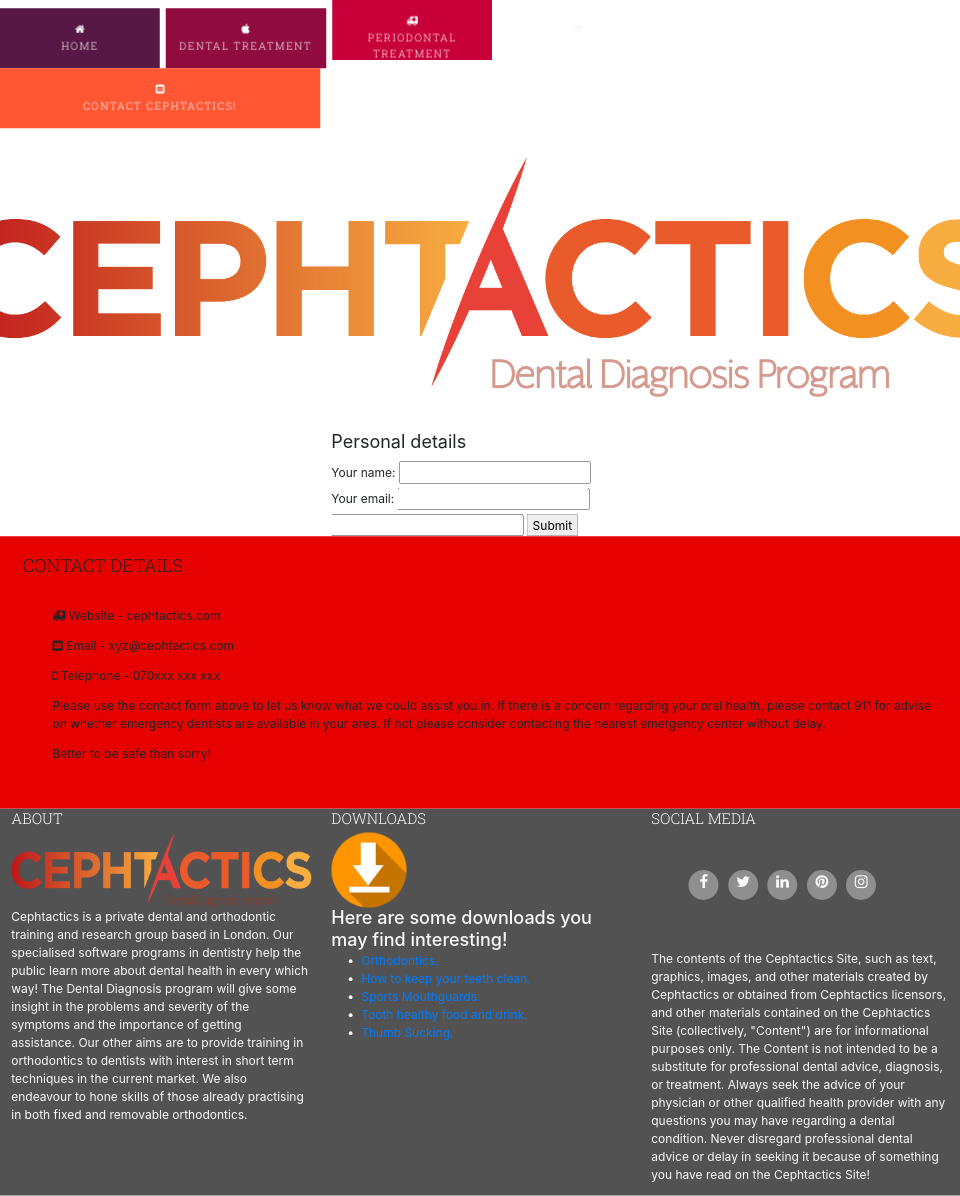
Repository: Code-Institute-Submissions/Rajjabbal-milestone-project
Page: 4contact.html
The author's editor kept a record of every edit. The page is drawn from the files as they stood at one moment, then again after the next edit.
The browser window is 1280 px wide. The pictures show the whole page, at 75% of full size.
Some web libraries are served in a nearby version.

Above is the page before.

### 4contact.html
<!DOCTYPE html>
<html lang="en">

<head>
    <meta charset="UTF-8">
    <meta name="viewport" content="width=device-width, initial-scale=1.0">
    <meta http-equiv="X-UA-Compatible" content="ie=edge">
    <link rel="stylesheet" href="https://stackpath.bootstrapcdn.com/bootstrap/4.2.1/css/bootstrap.min.css" type="text/css" />
    <link rel="stylesheet" href="https://stackpath.bootstrapcdn.com/font-awesome/4.7.0/css/font-awesome.min.css" type="text/css" />
    <link rel="stylesheet" href="assets/css/style.css" type="text/css" />
    <link rel="stylesheet" href="https://cdnjs.cloudflare.com/ajax/libs/hover.css/2.3.1/css/hover-min.css" type="text/css" />
    <title>Milestone Project 1</title>
</head>

<body>
    <header>
        <div class="row no-gutters">
            <div class="col-md-12">
                <ul id="nav" class="list-inline menucontainer">
                    <li class="col-sm-2 ui-menu-color-home list-inline-item menuitem">
                        <a href="#" class="hvr-sweep-to-bottom"><i class="fa fa-home" aria-hidden="true"></i><span>Home</span>
                        </a>
                    </li>
                    <li class="col-sm-2 ui-menu-color-dental list-inline-item menuitem">
                        <a href="#" class="hvr-sweep-to-bottom"><i class="fa fa-apple" aria-hidden="true"></i><span>Dental Treatment</span>
                        </a>
                    </li>
                    <li class="col-sm-2 ui-menu-color-periodontal list-inline-item menuitem">
                        <a href="#" class="hvr-sweep-to-bottom"><i class="fa fa-ambulance" aria-hidden="true"></i><span>Periodontal Treatment</span>
                        </a>
                    </li>
                    <li class="col-sm-2 ui-menu-color-other list-inline-item menuitem">
                        <a href="#" class="hvr-sweep-to-bottom"><i class="fa fa-heart" aria-hidden="true"></i><span>Other Treatment</span>
                        </a>
                    </li>
                    <li class="col-sm-4 ui-menu-color-contact list-inline-item menuitem">
                        <a href="#" class="hvr-sweep-to-bottom"><i class="fa fa-envelope-square" aria-hidden="true"></i><span>Contact Cephtactics!</span>
                        </a>
                    </li>
                </ul>
            </div>
        </div>
        <div class="row no-gutters">
            <a href="index.html" class="col-md-12 logo"></a>
        </div>


    </header>

    <section class="container-fluid">
        <div class="row">
            <div class="col-md-4">

            </div>
            <div class="col-md-4 form">
                <form>
                    <fieldset>
                        <legend>Personal details</legend>
                        <label for="name">Your name:</label>
                        <input type="text" name="name" id="name">
                        <label for="email">Your email:</label>
                        <input type="email" name="email" id="email">
                    </fieldset>
                    <input type="text" name="" />
                    <input type="submit" value="Submit" />
                </form>
            </div>
            <div class="col-md-4">

            </div>


        </div>

        <div class="row">
            <div class="col-md-12 bg-color-dental section-column">
                <h4 class="section-heading uppercase">Contact Details</h4>
                <ul class="inline-block">
                    <p><i class="fa fa-ambulance" aria-hidden="true"></i>
                        <span>Website - cephtactics.com</span></p>
                    <p><i class="fa fa-envelope-square" aria-hidden="true"></i>
                        <span>Email - xyz@cephtactics.com</span></p>
                    <p><i class="fa fa-mobile" aria-hidden="true"></i>
                        <span>Telephone - 070xxx xxx xxx</span></p>
                    <p class="inline-block">Please use the contact form above to let us know what we could assist you in. If there is a concern regarding your oral health, please contact 911 for advise on whether emergency dentists are available in your area. If not please consider
                        contacting the nearest emergency center without delay.</p>
                    <p>Better to be safe than sorry!</p>
            </div>


    </section>

    <footer class="container-fluid">
        <div class="row">
            <div class="col-sm-4">
                <h5 class="uppercase general-sub">About</h5>
                <div class="cephtactics">
                    <img src="./assets/images/CEP-Logo DENTAL.png" alt="Italian Trulli" style="width:400px; height:100px;">
                </div>
                <p class="inline-block">
                    Cephtactics is a private dental and orthodontic training and research group based in London. Our specialised software programs in dentistry help the public learn more about dental health in every which way! The Dental Diagnosis program will give some
                    insight in the problems and severity of the symptoms and the importance of getting assistance. Our other aims are to provide training in orthodontics to dentists with interest in short term techniques in the current market. We also
                    endeavour to hone skills of those already practising in both fixed and removable orthodontics.
                </p>
            </div>
            <div class="col-sm-4">
                <h5 class="uppercase general-sub">Downloads</h5>
                <div class="download-pic">
                    <img src="./assets/images/Download.jpg" alt="Italian Trulli" style="width:100px; height:100px;">
                </div>
                <h4 class="download">Here are some downloads you may find interesting!
                </h4>
                <ul class="inline-block">
                    <li>
                        <a href="https://view.publitas.com/british-orthodontic-society/orthotreatmentfebruary2019/page/1" target="_blank" class="link1">
                        <span>Orthodontics.</span>
                    </a>
                    </li>
                    <li>
                        <a href="https://view.publitas.com/british-orthodontic-society/oralhealthmarch2019/page/1" target="_blank" class="link2">
                        <span>How to keep your teeth clean.</span>
                    </a>
                    </li>
                    <li>
                        <a href="https://view.publitas.com/british-orthodontic-society/mouthguardsmarch2019/page/1" target="_blank" class="link3">
                        <span>Sports Mouthguards.</span>
                    </a>
                    </li>
                    <li>
                        <a href="https://view.publitas.com/british-orthodontic-society/food-and-drinkmarch2019/page/1" target="_blank" class="link4">
                        <span>Tooth healthy food and drink.</span>
                    </a>
                    </li>
                    <li>
                        <a href="https://view.publitas.com/british-orthodontic-society/digitsmarch2019/page/1" target="_blank" class="link5">
                        <span>Thumb Sucking.</span>
                    </a>
                    </li>
                </ul>
            </div>
            <div class="col-sm-4">
                <h5 class="uppercase general-sub">Social Media</h5>
                <ul class="list-inline social-links">
                    <li class="list-inline-item">
                        <a target="_blank" href="#">
                            <i class="fa fa-facebook" aria-hidden="true"></i>
                            <span class="sr-only">Facebook</span>
                        </a>
                    </li>
                    <li class="list-inline-item">
                        <a target="_blank" href="#">
                            <i class="fa fa-twitter" aria-hidden="true"></i>
                            <span class="sr-only">Twitter</span>
                        </a>
                    </li>
                    <li class="list-inline-item">
                        <a target="_blank" href="#">
                            <i class="fa fa-linkedin" aria-hidden="true"></i>
                            <span class="sr-only">Linkedin</span>
                        </a>
                    </li>
                    <li class="list-inline-item">
                        <a target="_blank" href="#">
                            <i class="fa fa-pinterest" aria-hidden="true"></i>
                            <span class="sr-only">Pinterest</span>
                        </a>
                    </li>
                    <li class="list-inline-item">
                        <a target="_blank" href="#">
                            <i class="fa fa-instagram" aria-hidden="true"></i>
                            <span class="sr-only">Instagram</span>
                        </a>
                    </li>
                </ul>
                <p class="inline-block">The contents of the Cephtactics Site, such as text, graphics, images, and other materials created by Cephtactics or obtained from Cephtactics licensors, and other materials contained on the Cephtactics Site (collectively, "Content") are
                    for informational purposes only. The Content is not intended to be a substitute for professional dental advice, diagnosis, or treatment. Always seek the advice of your physician or other qualified health provider with any questions
                    you may have regarding a dental condition. Never disregard professional dental advice or delay in seeking it because of something you have read on the Cephtactics Site!</p>
            </div>

        </div>

    </footer>

</body>

</html>

### assets/css/style.css
@import url('https://fonts.googleapis.com/css?family=Roboto+Slab:100,200,300,400,500,600,700');

/*-----colors-----*/

.bg-color-question {
    background-color: #FFC300;

}

.ui-menu-color-home {
    background-color: RGB(88, 24, 69);
}

.ui-menu-color-dental {
    background-color: RGB(144, 12, 63);
}

.ui-menu-color-periodontal {
    background-color: RGB(199, 0, 57);
}

.ui-menu-color-contact {
    background-color: RGB(255, 87, 51);
}

.ui-menu-color-statement {
    background-color: RGB(23, 32, 42);
}

.bg-color-dental {
    background-color: #e60000;
}
.bg-color-periodontal {
    background-color: #cc0000;
}
.bg-color-other {
    background-color: #b30000;
}

/*-----Special paddings/margins/text-----*/

h1,
h2,
h3,
h4 {
    margin: 0;
}

.uppercase {
    text-transform: uppercase;

}

.general-sub {
    font-family: "Roboto Slab", sans-serif;
    font-weight: 300;
    color: #fafafa;
}

.inline-block {
    display: inline-block;
}

.row-table {
    display: table;
}

.section-column {
    display: table-cell;
    padding: 0 30px 30px;
    float: none;
}

.section-heading {
    font-family: "Roboto Slab", sans-serif;
    font-weight: 300;
    margin-top: 25px;
    margin-bottom: 40px;
}

/*-----heading-----*/

header {
    margin: 0px;
}

.list-inline-item:not(:last-child) {
    max-height: 80px;

}

.menucontainer {
    font-size: 0;

}

#nav {
    margin: 0;
}

#nav li {
    font-size: 14px;
    font-family: "Roboto Slab", sans-serif;
    color: #DAF7A6;
    padding: 0;
}

.menuitem {
    height: 80px;
    text-align: center;
}

.menuitem a {
    width: 100%;
    text-decoration: none;
    color: #fff;
}

.menuitem a i {
    padding-top: 20px;
    display: block;
    color: #fafafa;
}

.menuitem span {
    display: block;
    width: 100%;
    padding-top: 5px;
    text-align: center;
    text-transform: uppercase;
    font-size: 14px;
    font-weight: 300;
    letter-spacing: 2px;
}

.logo {
    background: url("../images/CEP-Logo DENTAL.png");
    background-position: center;
    background-repeat: no-repeat;
    background-size: 1400px;
    min-height: 400px;
    padding: 0px;
    transition: all .5s ease-in-out;
    -moz-transition: all .5s ease-in-out;
    -webkit-transition: all .5s ease-in-out;
}

.picture {
    background: url("../images/BK.jpg");
    background-position: center;
    background-repeat: no-repeat;
    background-size: cover;
    min-height: 240px;
    transition: all .5s ease-in-out;
    -moz-transition: .5s ease-in-out;
    -webkit-transition: .5s ease-in-out;
}

.question {
    font-family: "Roboto Slab", sans-serif;
    font-weight: 500;
    font-size: 40px;
    margin: 0px;
    color: #ffffff;
    text-align: center;
}

/*-----hover.css-----*/

.hvr-sweep-to-bottom:before {
    background: rgba(0, 0, 0, 1);
    height: 80px;
}

/*-----section-----*/

.blurb {
    background-color: #4d0000;
    min-height: 200px;
    padding: 0;
    color: #ff8080;
}




/*-----footer-----*/

footer {
    background-color: #525252;
    color: #fafafa;
    min-height: 180px;
    margin: 0;
}

.social-links {
    padding: 50px;
}

.social-links li a i {
    width: 40px;
    height: 40px;
    padding: 12px 0;
    border-radius: 50%;
    font-size: 20px;
    line-height: 7px;
    text-align: center;
    color: #fafafa;
    background: #8f8f8f;
    transition: all 0.35s ease-in-out;
    -moz-transition: all 0.35s ease-in-out;
    -webkit-transition: all 0.35s ease-in-out;
    -o-transition: all 0.35s ease-in-out;
}

.social-links li a i:hover {
    background: #e84610;
}

#footer-details {
    padding: 20px;
}

After the next edit:
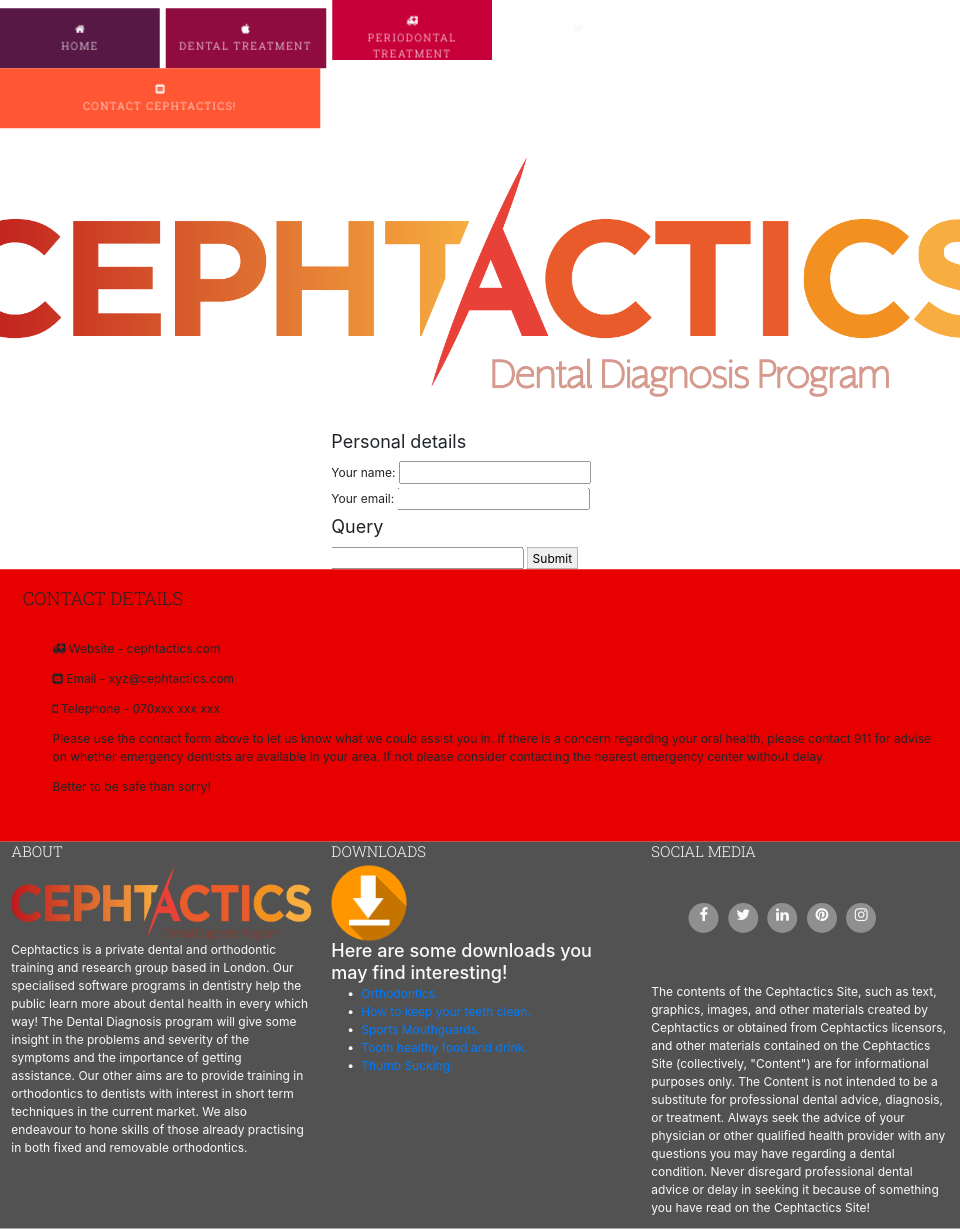
The edit:
--- a/4contact.html
+++ b/4contact.html
@@ -61,6 +61,7 @@
                         <label for="email">Your email:</label>
                         <input type="email" name="email" id="email">
                     </fieldset>
+                    <legend>Query</legend>
                     <input type="text" name="" />
                     <input type="submit" value="Submit" />
                 </form>
